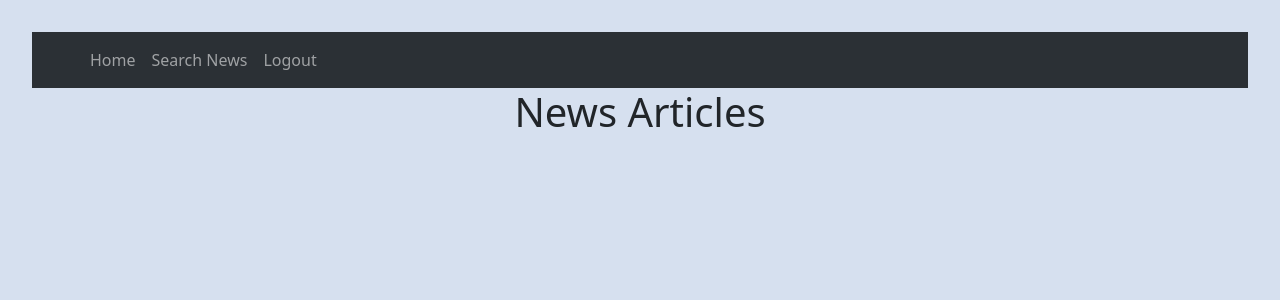
Repository: oksana117/news-app
Page: /search (app in client/)
The author's editor kept a copy of each file at every save. The page is drawn from the files as they stood at one save, then again after the next save.
The browser window is 1280 px wide. The pictures show the whole page.
The page's requests for data from a server got no answer. The project was rebuilt for these pictures with package versions that can differ from the ones it lists, and the page was loaded fresh each time. No one was signed in, and anything a server would have sent is missing. Also part of the build but not shown: client/vite.config.js, client/src/Register.jsx, client/src/Login.jsx, client/src/Home.jsx.

Above is the page before, as saved 2024-09-27 18:38:52.

### client/index.html
<!doctype html>
<html lang="en">

<head>
  <meta charset="UTF-8" />
  <link rel="icon" type="image" href="/newspaper.png" />
  <meta name="viewport" content="width=device-width, initial-scale=1.0" />
  <title>Latest News</title>
</head>

<body style="background-color:#D6E0EF;">
  <div id="root"></div>
  <script type="module" src="/src/main.jsx"></script>
</body>

</html>

### client/src/main.jsx
import { StrictMode } from 'react'
import { createRoot } from 'react-dom/client'

import App from './App.jsx'
import 'font-awesome/css/font-awesome.min.css';
//import './index.css'

createRoot(document.getElementById('root')).render(
  <StrictMode>
    <App />
  </StrictMode>,
)

### client/src/App.jsx

import 'bootstrap/dist/css/bootstrap.min.css'
import Register from './Register'
import Login from './Login'
import Home from './Home'
import Search from './Search.jsx'
import { BrowserRouter, Routes, Route } from 'react-router-dom'
import {NavbarBootstrap} from './components/Navbar.jsx'

//import reactLogo from './assets/react.svg'
//import viteLogo from '/vite.svg'
//import './App.css'

function App() {

  return (

    <BrowserRouter>
      <NavbarBootstrap/>
      <Routes>
        <Route path='/register' element={<Register />}></Route>
        <Route path='/login' element={<Login />}></Route>
        <Route path='/home' element={<Home />}></Route>
        <Route path='/search' element={<Search />}></Route>
        </Routes>

    </BrowserRouter>


  )
}

export default App

### client/src/Search.jsx


import 'font-awesome/css/font-awesome.min.css';
//import { FontAwesomeIcon } from '@fortawesome/react-fontawesome'
import { useEffect, useState } from "react";
//import { Users } from "./users";
import "./app.css";
//import SearchTableResult from "./SearchTableResult";
import axios from "axios";




function Search() {
  const [query] = useState("");
  const [data, setData] = useState([]);


  useEffect(() => {
    const fetchData = async () => {
      const res = await axios.get(`http://localhost:3001/search?keywords=${query}`);
        setData(res.data);

    };
    if (query.length === 0 || query.length > 2) fetchData();
  }, [query]);
    console.log(query);
    console.log(data);
    return (
      <div>
            <h1>News Articles</h1>
            <ul>
                {data.map((article, index) => (
                    <li key={index}>
                        <h2>{article.title}</h2>
                        <p>{article.description}</p>
                        <a href={article.url} target="_blank" rel="noopener noreferrer">Read more</a>
                    </li>
                ))}
            </ul>
        </div>
      /*
    <div className="app">
        <input
          className="search"
          placeholder="Search..."
          onChange={(e) => setQuery(e.target.value.toLowerCase())}
        />
      {<SearchTableResult data={data} />}
    </div>*/
  );
}

export default Search;

### client/src/components/Navbar.jsx
import Container from 'react-bootstrap/Container';
import Nav from 'react-bootstrap/Nav';
import Navbar from 'react-bootstrap/Navbar';

export const NavbarBootstrap = () => {
    return (
        <Navbar expand="lg" className="bg-body-tertiary" bg="primary" data-bs-theme="dark">
            <Container>
                <Navbar.Toggle aria-controls="basic-navbar-nav" />
                <Navbar.Collapse id="basic-navbar-nav">
                    <Nav className="me-auto">
                        <Nav.Link href="/home">Home</Nav.Link>
                        <Nav.Link href="/search">Search News</Nav.Link>
                        <Nav.Link href="/login">Logout</Nav.Link>
                    </Nav>
                </Navbar.Collapse>
            </Container>
        </Navbar>
    );
}
//fix LOGOUT

### client/src/SearchTableResult.jsx
/* eslint-disable react/prop-types */


const SearchTableResult = ({ data }) => {

  //const dataKeys = Object.keys(data)


    return (
        <div>
            <h1>News Articles</h1>
            <ul>
                {data.map((article, index) => (
                    <li key={index}>
                        <h2>{article.title}</h2>
                        <p>{article.description}</p>
                        <a href={article.url} target="_blank" rel="noopener noreferrer">Read more</a>
                    </li>
                ))}
            </ul>
        </div>
    );
        /*
    <table>
            <tbody>
                <tr>
                    <th>Title</th>
                    <th>Source</th>
                    <th>Publication Date</th>
                    <th>Description</th>
                </tr>
                {dataKeys.map((item) => (
                    <tr key={item.id}>
                        <td>{item}</td>
                        <td>{item.url}</td>
                        <td>{item.published_at}</td>
                        <td>{item.description}</td>
                    </tr>
                ))}
            </tbody>
        </table>
          );*/



};

export default SearchTableResult;

Loaded but not shown: client/src/app.css (common file)

After the next save:
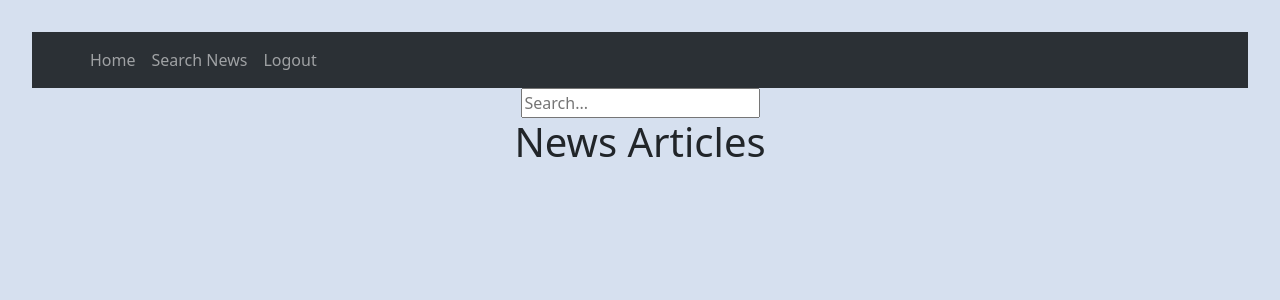
Saved 23 s later.
--- a/client/src/Search.jsx
+++ b/client/src/Search.jsx
@@ -5,14 +5,15 @@ import 'font-awesome/css/font-awesome.min.css';
 import { useEffect, useState } from "react";
 //import { Users } from "./users";
 import "./app.css";
-//import SearchTableResult from "./SearchTableResult";
+import SearchTableResult from "./SearchTableResult";
 import axios from "axios";
 
 
 
+//`http://localhost:3001/search?keywords=${query}`
 
 function Search() {
-  const [query] = useState("");
+  const [query, setQuery] = useState("");
   const [data, setData] = useState([]);
 
 
@@ -27,19 +28,7 @@ function Search() {
     console.log(query);
     console.log(data);
     return (
-      <div>
-            <h1>News Articles</h1>
-            <ul>
-                {data.map((article, index) => (
-                    <li key={index}>
-                        <h2>{article.title}</h2>
-                        <p>{article.description}</p>
-                        <a href={article.url} target="_blank" rel="noopener noreferrer">Read more</a>
-                    </li>
-                ))}
-            </ul>
-        </div>
-      /*
+
     <div className="app">
         <input
           className="search"
@@ -47,7 +36,7 @@ function Search() {
           onChange={(e) => setQuery(e.target.value.toLowerCase())}
         />
       {<SearchTableResult data={data} />}
-    </div>*/
+    </div>
   );
 }
 
